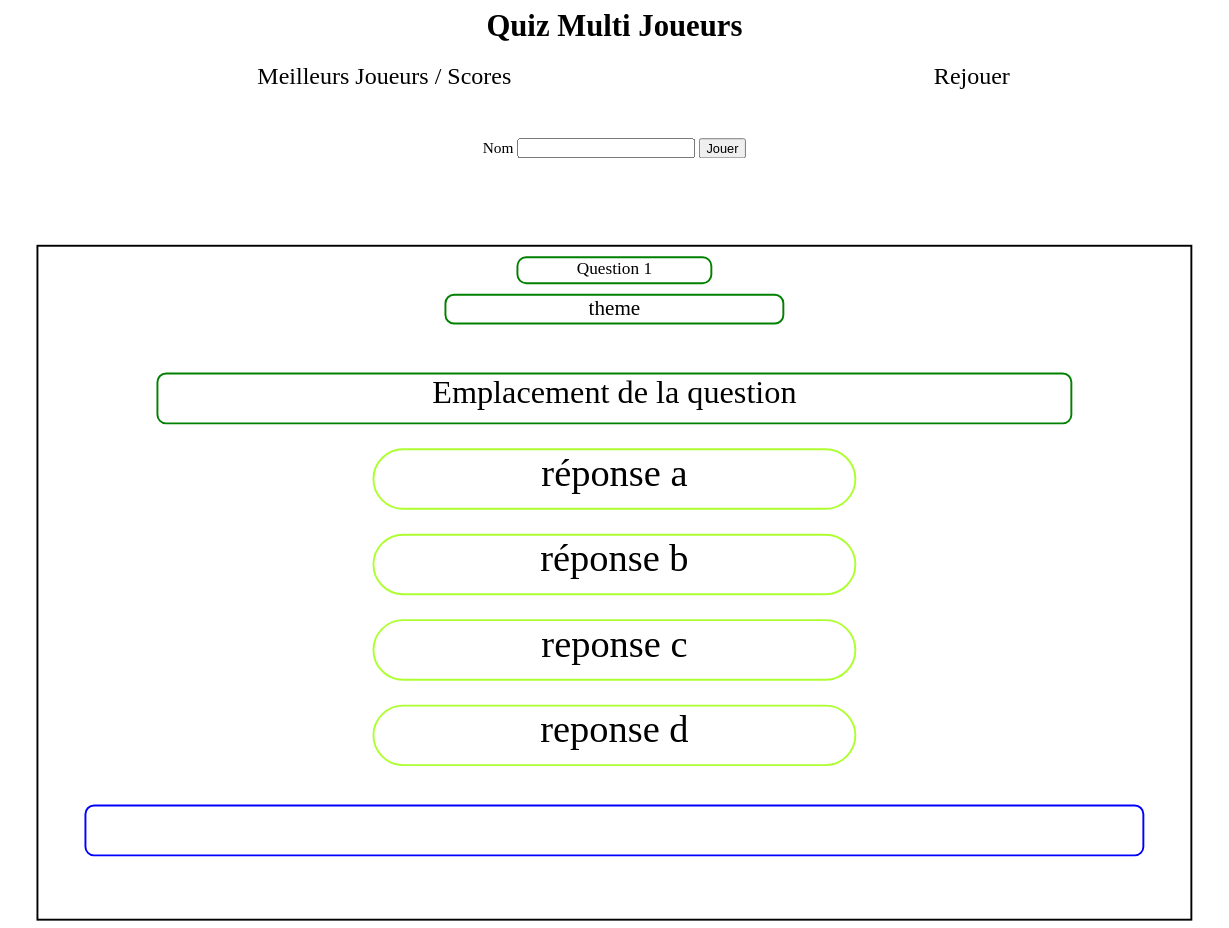
Repository: Serge-D/jeu_mj
Page: home.html
An editor plug-in stored every save of this project. The page is shown before and after a run of saves, followed by the edit.
The browser window is 1280 px wide. The pictures show the whole page, at 96% of full size.

Above is the page before, as saved 2020-02-06 13:24:35.

### home.html
<!DOCTYPE html>
<html lang="fr">
<head>
    <meta charset="UTF-8">
    <link rel="stylesheet" href="/src/css/jeu.css">
    <title>Quiz Multi joueurs</title>
</head>
<body>
<header>
    <h1>Quiz Multi Joueurs</h1>
    <ul>
        <li><a href="">Meilleurs Joueurs / Scores</a></li>
        <li><a id="restart" href="#">Rejouer</a></li>
    </ul>
</header>
<section>
    <div id="formulaire">
        <form action="" method="post">
            <label for="name">Nom</label>
            <input type="text" name="name" id="nameJ1">
            <!-- <label for="name">Nom</label>
            <input type="text" name="name" id="nameJ2"> -->
            <input type="submit" value="Jouer">
        </form>
    </div>
    <div id="fenetreDeJeu">
        <div id="numQuestion">Question 1</div>
        <div id="theme">theme</div>
        <div id="question">Emplacement de la question</div>
        <div id="reponseA">réponse a</div>
        <div id="reponseB">réponse b</div>
        <div id="reponseC">reponse c</div>
        <div id="reponseD">reponse d</div>
        <div id="anecdote"></div>
    </div>
</section>

</body>
</html>

### src/css/jeu.css
/* header */

h1 {
    color: black;
    text-align: center;
    margin-block-start: 0;
}

ul {
    display: flex;
    flex-direction: row;
    justify-content: space-around;
    list-style-type: none;

}

a{
    text-decoration: none;
    font-size: 25px;
    font-family: 'Comic Sans MS',serif;
    color: black;
}

/* section */

#formulaire {
    text-align: center;
    margin-top: 50px;
}

#fenetreDeJeu {
    font-family: 'Comic Sans MS',serif;
    margin-left: auto;
    margin-right: auto;
    margin-top: 90px;
    width: 1200px;
    border: 2px solid black;
    height: 700px;
    position: relative;
}

#numQuestion {
    width: 200px;
    height: 25px;
    border: 2px solid green;
    border-radius: 10px;
    font-size: 18px;
    margin-top: 10px;
    margin-left: auto;
    margin-right: auto;
    text-align: center;
}

#theme {
    width: 350px;
    height: 28px;
    border: 2px solid green;
    border-radius: 10px;
    font-size: 22px;
    margin-top: 10px;
    margin-left: auto;
    margin-right: auto;
    text-align: center;
}

#question {
    width: 950px;
    height: 50px;
    border: 2px solid green;
    border-radius: 10px;
    font-size: 2.1em;
    margin-top: 50px;
    margin-left: auto;
    margin-right: auto;
    text-align: center;
}


#reponseA {
    width: 500px;
    height: 60px;
    border : 2px solid greenyellow;
    border-radius: 50px;
    font-size: 40px;
    margin-top: 25px;
    margin-left: auto;
    margin-right: auto;
    text-align: center;
}

#reponseB {
    width: 500px;
    height: 60px;
    border : 2px solid greenyellow;
    border-radius: 50px;
    font-size: 40px;
    margin-top: 25px;
    margin-left: auto;
    margin-right: auto;
    text-align: center;
}

#reponseC {
    width: 500px;
    height: 60px;
    border : 2px solid greenyellow;
    border-radius: 50px;
    font-size: 40px;
    margin-top: 25px;
    margin-left: auto;
    margin-right: auto;
    text-align: center;
}

#reponseD {
    width: 500px;
    height: 60px;
    border : 2px solid greenyellow;
    border-radius: 50px;
    font-size: 40px;
    margin-top: 25px;
    margin-left: auto;
    margin-right: auto;
    text-align: center;
}

#anecdote {
    width: 1100px;
    height: 50px;
    border: 2px solid blue;
    border-radius: 10px;
    margin-right: auto;
    margin-left: auto;
    margin-top: 40px;
}

After the next 2 saves:
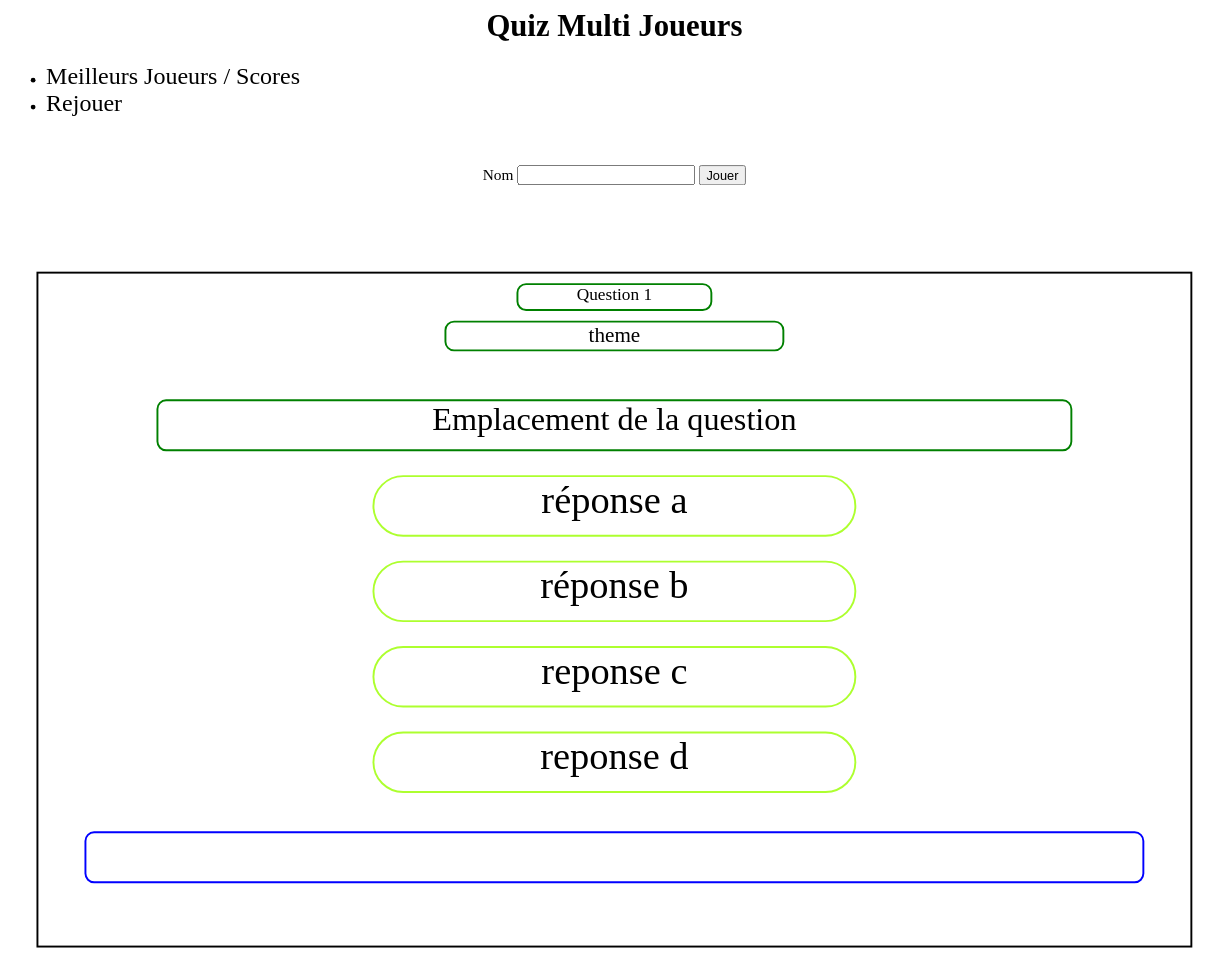
The 2 saves are shown as one change because they came seconds apart.
The last was saved 25 min 54 s later.
--- a/src/css/jeu.css
+++ b/src/css/jeu.css
@@ -5,6 +5,8 @@
     text-align: center;
     margin-block-start: 0;
 }
+
+formulaire
 
 ul {
     display: flex;

After the 5 saves that followed:
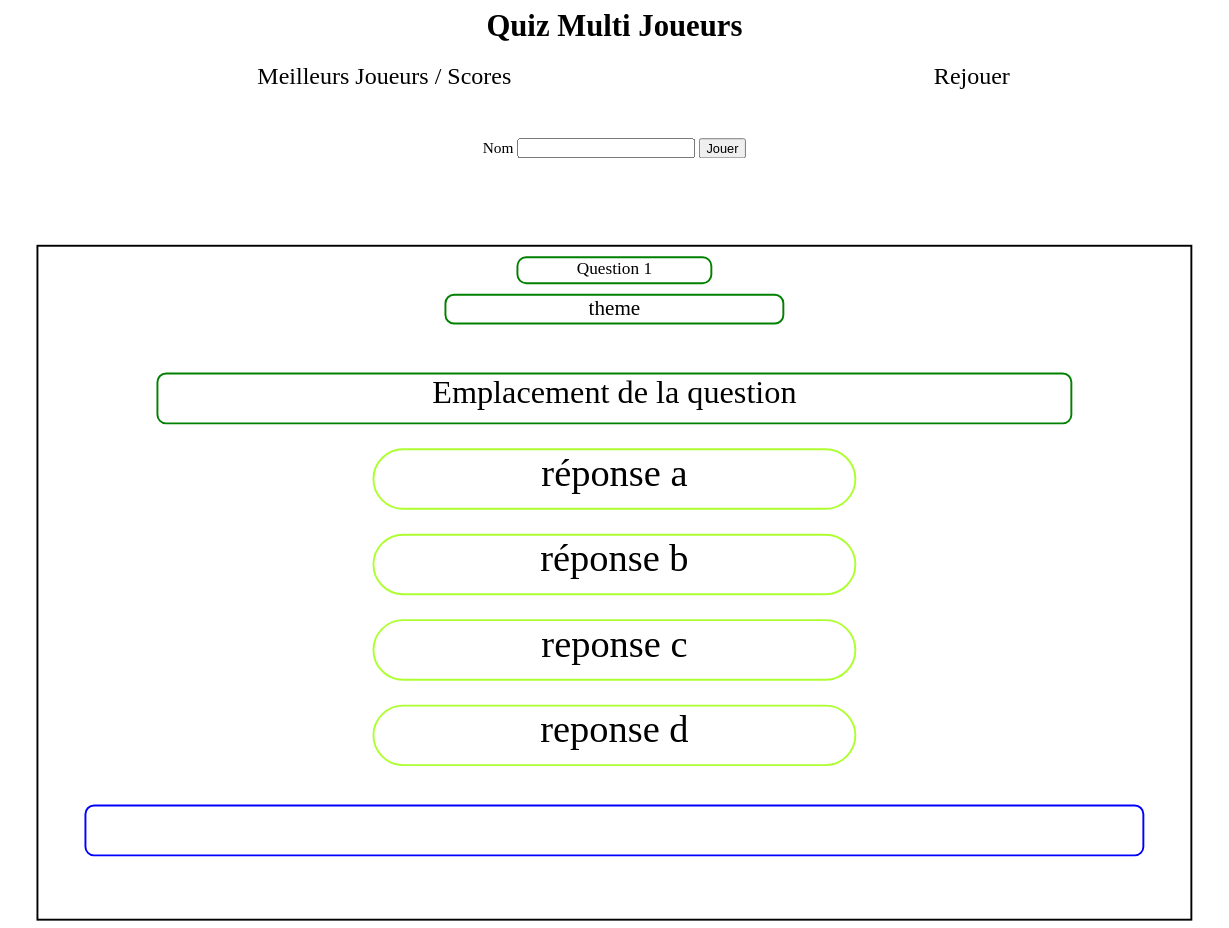
The 5 saves are shown as one change because they came seconds apart.
The last was saved 17 s later.
--- a/src/css/jeu.css
+++ b/src/css/jeu.css
@@ -6,7 +6,9 @@
     margin-block-start: 0;
 }
 
-formulaire
+#formulaire {
+    text-align: center;
+}
 
 ul {
     display: flex;
